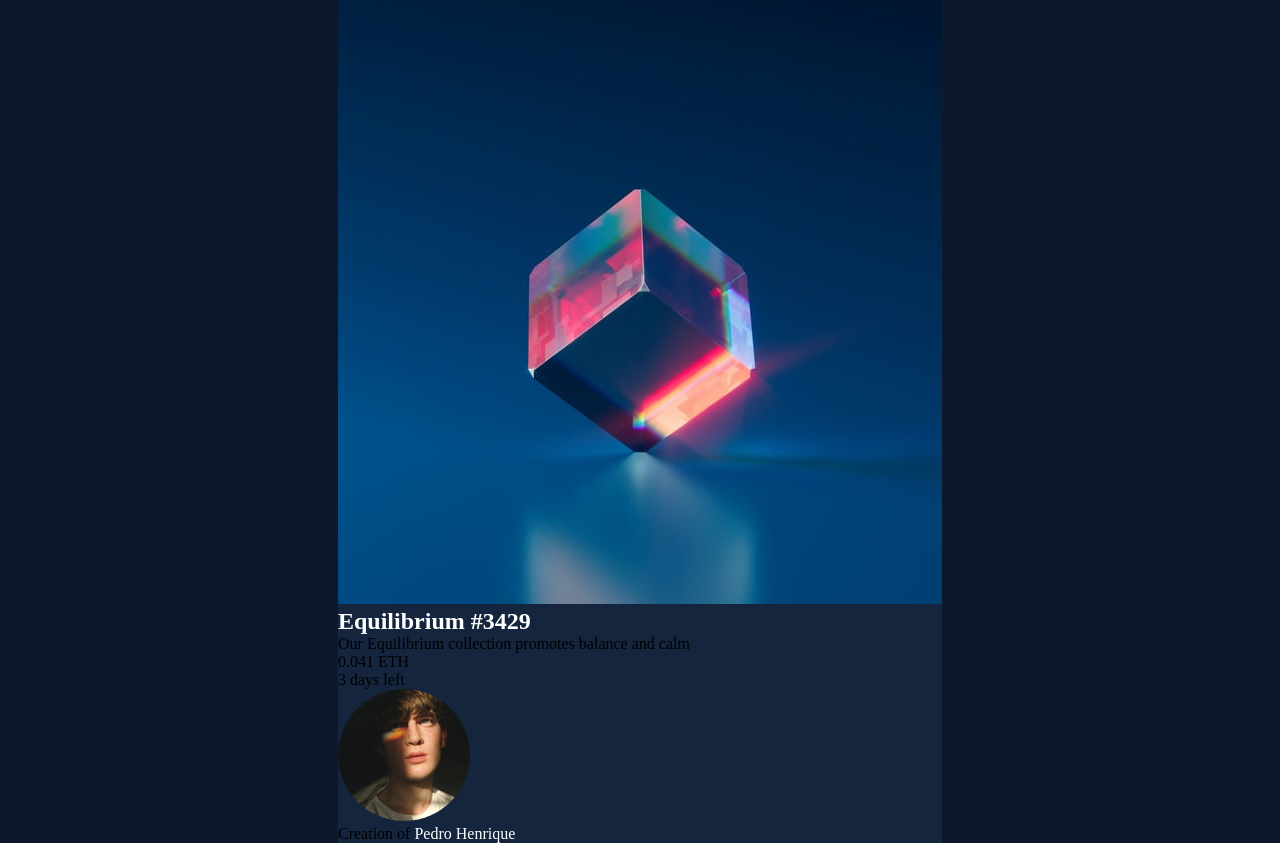
Repository: PedroHEAA/nft
Page: index.html
An editor plug-in stored every save of this project. The page is shown before and after the next save, followed by the edit.
The browser window is 1280 px wide. The pictures show the whole page.

Above is the page before, as saved 2022-11-03 19:46:05.

### index.html
<!DOCTYPE html>
<html lang="en">
<head>
    <meta charset="UTF-8">
    <meta http-equiv="X-UA-Compatible" content="IE=edge">
    <meta name="viewport" content="width=device-width, initial-scale=1.0">
    <meta name="description" content="Esse é um projeto do front end mentor, para eu desenvolver habilidades técnicas para ficar cada dia melhor">
    <link rel="stylesheet" href="src/css/reset.css">
    <link rel="stylesheet" href="src/css/style.css">
    <link rel="stylesheet" href="src/css/variables.css">
    <link rel="shortcut icon" href="src/images/favicon-32x32.png" type="image/x-icon">
    <title>NFT - preview card component</title>
</head>
<body>
    <main class="container">
        <div class="card">

            <a href="#">
                <img src="src/images/image-equilibrium.jpg" alt="Equilibrium NFT image">
            </a>

                <a href="#">
                    <h2 class="title">Equilibrium #3429</h2>
                </a>

                <p>Our Equilibrium collection promotes balance and calm</p>

                <div class="info-element">
                    <p>0.041 ETH</p>
                    <p>3 days left</p>
                </div>

            <div class="creator">
                <img src="src/images/image-avatar.png" alt="NFT creator">
                <p> Creation of <a href="#">Pedro Henrique</a></p>
            </div>
        </div>
    </main>
</body>
</html>

### src/css/reset.css
*{
    margin: 0;
    padding: 0;
    box-sizing: border-box;
}

a{
    text-decoration: none;
    color: var(--white);
}

### src/css/style.css
.container{
    max-width: 1440px;
    max-height: 900px;
    background-color: var(--main-color);
    display: flex;
    justify-content: center;
    align-items: center;

}

.card{
    background-color: var(--card-color);
    /* width: 300px;
    height: 600px; */
}

### src/css/variables.css
:root{
    --main-color: hsl(217, 54%, 11%);
    --card-color: hsl(216, 50%, 16%);
    --line-color: hsl(215, 32%, 27%);
    --white: hsl(0, 0%, 100%);
    --angle-color: hsl(178, 100%, 50%);
    --secondary-color: hsl(215, 51%, 70%);
}

After the next save:
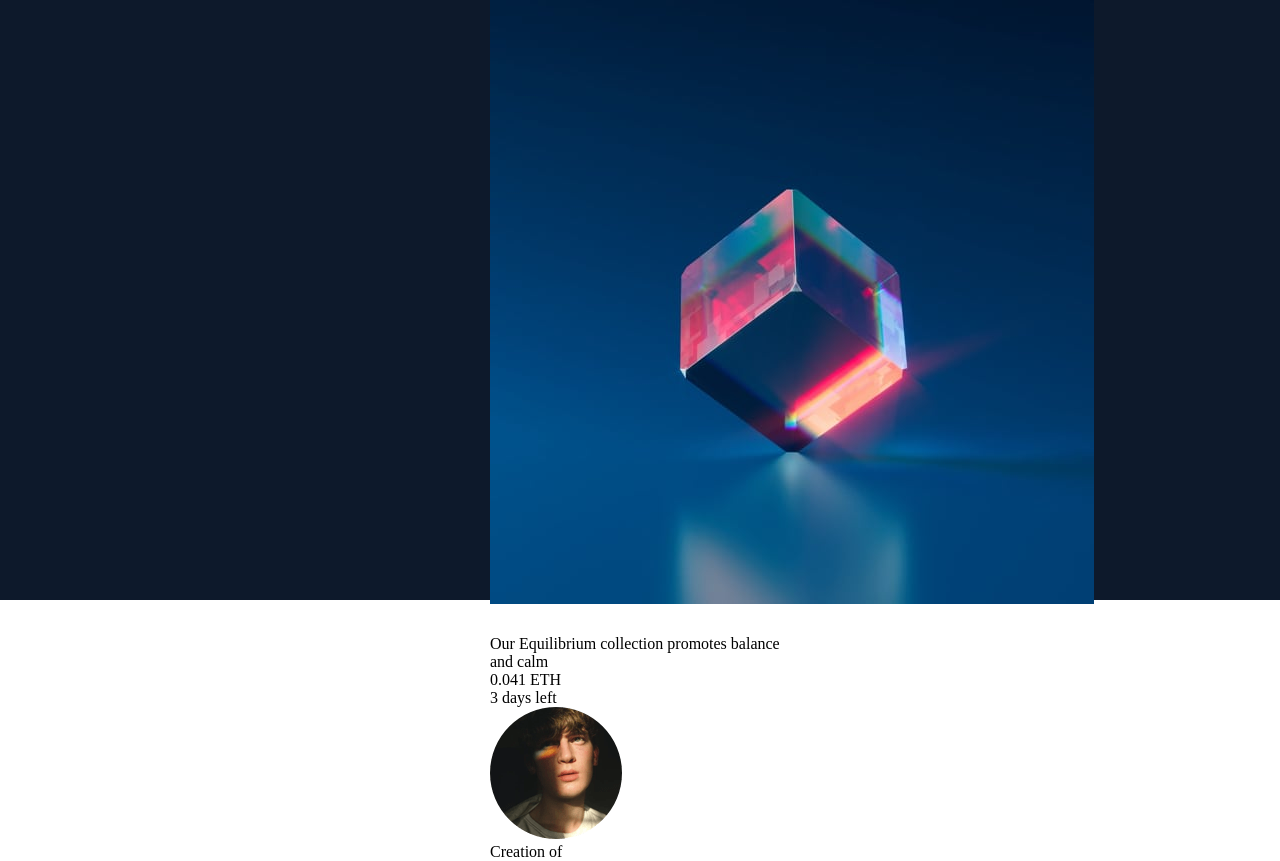
Saved 18 s later.
--- a/src/css/style.css
+++ b/src/css/style.css
@@ -10,6 +10,6 @@
 
 .card{
     background-color: var(--card-color);
-    /* width: 300px;
-    height: 600px; */
+    width: 300px;
+    height: 600px;
 }

After the save that followed:
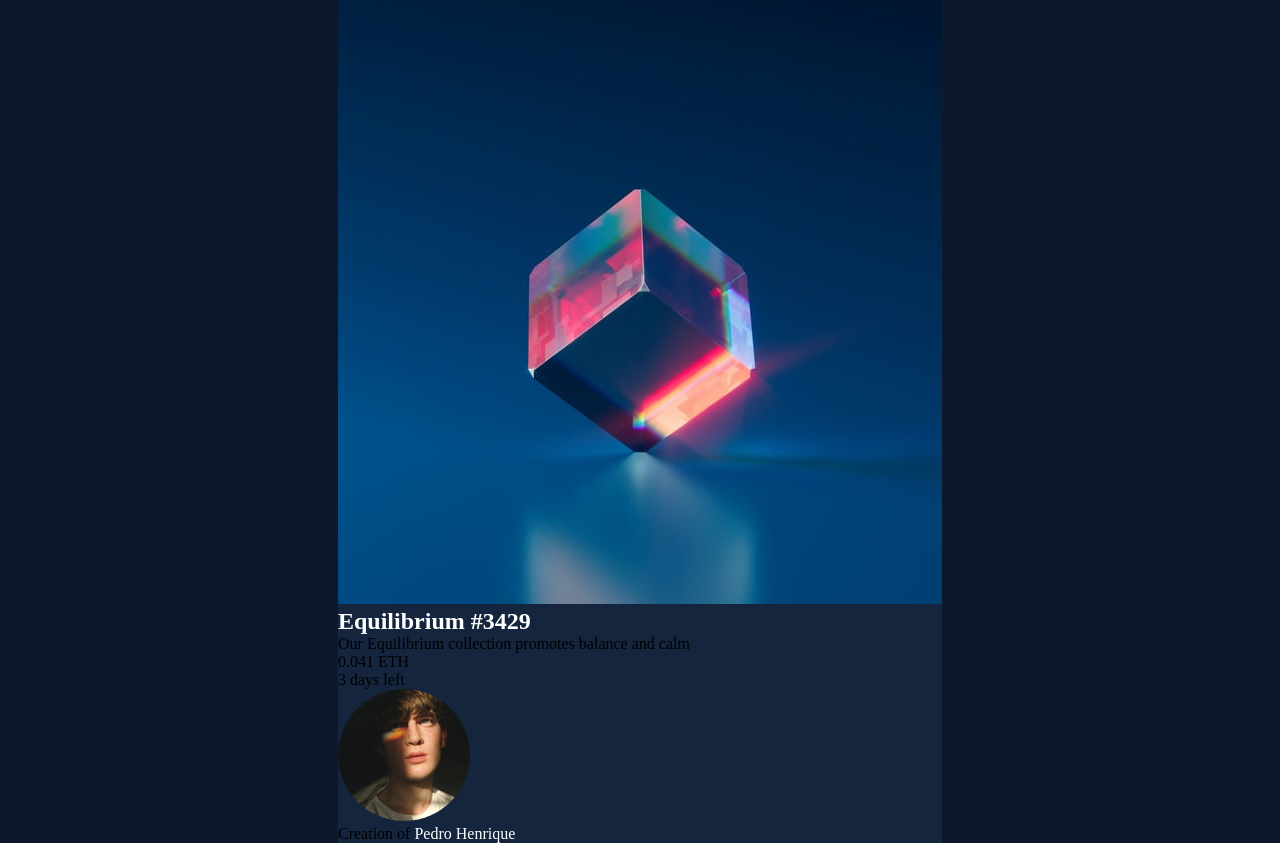
Saved 9 s later.
--- a/src/css/style.css
+++ b/src/css/style.css
@@ -10,6 +10,6 @@
 
 .card{
     background-color: var(--card-color);
-    width: 300px;
-    height: 600px;
+    /* width: 300px;
+    height: 600px; */
 }
